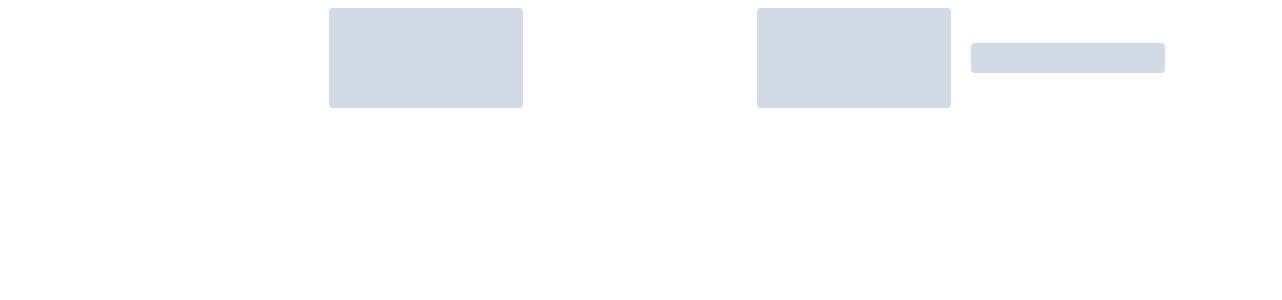
Repository: lagezhou888/element-vue2
Page: /#/button
An editor plug-in stored every save of this project. The page is shown before and after the next save, followed by the edit.
The browser window is 1280 px wide. The page is 1282 px wide, so the pictures cover 1282 px, including what lies to the right of the window. The pictures show the whole page.
The project was rebuilt for these pictures with package versions that can differ from the ones it lists, and the page was loaded fresh each time. Also part of the build but not shown: src/components/HelloWorld.vue, src/views/Home.vue.

Above is the page before, as saved 2021-05-13 11:32:18.

### src/main.js
import Vue from 'vue'
import ElementUI from 'element-ui'
import 'element-ui/lib/theme-chalk/index.css'
import App from './App.vue'

// fade/zoom 等
import 'element-ui/lib/theme-chalk/base.css'
// collapse 展开折叠
import CollapseTransition from 'element-ui/lib/transitions/collapse-transition'

import router from './router'
import store from './store'
import '@/plugins/element.js'

Vue.component(CollapseTransition.name, CollapseTransition)
Vue.use(ElementUI, { size: 'small', zIndex: 3000 })
Vue.use(ElementUI)
Vue.config.productionTip = false

new Vue({
  router,
  store,
  render: h => h(App)
}).$mount('#app')

### src/App.vue
<template>
  <div id="app">
    <!-- <div id="nav">
      <router-link to="/">Home</router-link> |
      <router-link to="/about">About</router-link>
    </div> -->
    <router-view/>
  </div>
</template>

<style lang="less">
#app {
  font-family: Avenir, Helvetica, Arial, sans-serif;
  -webkit-font-smoothing: antialiased;
  -moz-osx-font-smoothing: grayscale;
  text-align: center;
  color: #2c3e50;
}

#nav {
  padding: 30px;

  a {
    font-weight: bold;
    color: #2c3e50;

    &.router-link-exact-active {
      color: #42b983;
    }
  }
}
</style>

### src/router/index.js
import Vue from 'vue'
import VueRouter from 'vue-router'
import Home from '../views/Home.vue'

Vue.use(VueRouter)

const routes = [
  {
    path: '/',
    name: 'Home',
    component: Home
  },
  {
    path: '/about',
    name: 'About',
    // route level code-splitting
    // this generates a separate chunk (about.[hash].js) for this route
    // which is lazy-loaded when the route is visited.
    component: () => import(/* webpackChunkName: "about" */ '../views/About.vue')
  },
  {
    path: '/button',
    name: 'button',
    component: () => import('../views/components/use-button.vue')
  }
]

const router = new VueRouter({
  routes
})

export default router

### src/plugins/element.js
import Vue from 'vue'
import {
  Pagination,
  Dialog,
  Autocomplete,
  Dropdown,
  DropdownMenu,
  DropdownItem,
  Menu,
  Submenu,
  MenuItem,
  MenuItemGroup,
  Input,
  InputNumber,
  Radio,
  RadioGroup,
  RadioButton,
  Checkbox,
  CheckboxButton,
  CheckboxGroup,
  Switch,
  Select,
  Option,
  OptionGroup,
  Button,
  ButtonGroup,
  Table,
  TableColumn,
  DatePicker,
  TimeSelect,
  TimePicker,
  Popover,
  Tooltip,
  Breadcrumb,
  BreadcrumbItem,
  Form,
  FormItem,
  Tabs,
  TabPane,
  Tag,
  Tree,
  Alert,
  Slider,
  Icon,
  Row,
  Col,
  Upload,
  Progress,
  Spinner,
  Badge,
  Card,
  Rate,
  Steps,
  Step,
  Carousel,
  CarouselItem,
  Collapse,
  CollapseItem,
  Cascader,
  ColorPicker,
  Transfer,
  Container,
  Header,
  Aside,
  Main,
  Footer,
  Timeline,
  TimelineItem,
  Link,
  Divider,
  Image,
  Calendar,
  Backtop,
  PageHeader,
  CascaderPanel,
  Loading,
  MessageBox,
  Message,
  Notification
} from 'element-ui'

Vue.use(Pagination)
Vue.use(Dialog)
Vue.use(Autocomplete)
Vue.use(Dropdown)
Vue.use(DropdownMenu)
Vue.use(DropdownItem)
Vue.use(Menu)
Vue.use(Submenu)
Vue.use(MenuItem)
Vue.use(MenuItemGroup)
Vue.use(Input)
Vue.use(InputNumber)
Vue.use(Radio)
Vue.use(RadioGroup)
Vue.use(RadioButton)
Vue.use(Checkbox)
Vue.use(CheckboxButton)
Vue.use(CheckboxGroup)
Vue.use(Switch)
Vue.use(Select)
Vue.use(Option)
Vue.use(OptionGroup)
Vue.use(Button)
Vue.use(ButtonGroup)
Vue.use(Table)
Vue.use(TableColumn)
Vue.use(DatePicker)
Vue.use(TimeSelect)
Vue.use(TimePicker)
Vue.use(Popover)
Vue.use(Tooltip)
Vue.use(Breadcrumb)
Vue.use(BreadcrumbItem)
Vue.use(Form)
Vue.use(FormItem)
Vue.use(Tabs)
Vue.use(TabPane)
Vue.use(Tag)
Vue.use(Tree)
Vue.use(Alert)
Vue.use(Slider)
Vue.use(Icon)
Vue.use(Row)
Vue.use(Col)
Vue.use(Upload)
Vue.use(Progress)
Vue.use(Spinner)
Vue.use(Badge)
Vue.use(Card)
Vue.use(Rate)
Vue.use(Steps)
Vue.use(Step)
Vue.use(Carousel)
Vue.use(CarouselItem)
Vue.use(Collapse)
Vue.use(CollapseItem)
Vue.use(Cascader)
Vue.use(ColorPicker)
Vue.use(Transfer)
Vue.use(Container)
Vue.use(Header)
Vue.use(Aside)
Vue.use(Main)
Vue.use(Footer)
Vue.use(Timeline)
Vue.use(TimelineItem)
Vue.use(Link)
Vue.use(Divider)
Vue.use(Image)
Vue.use(Calendar)
Vue.use(Backtop)
Vue.use(PageHeader)
Vue.use(CascaderPanel)

Vue.use(Loading.directive)

Vue.prototype.$loading = Loading.service
Vue.prototype.$msgbox = MessageBox
Vue.prototype.$alert = MessageBox.alert
Vue.prototype.$confirm = MessageBox.confirm
Vue.prototype.$prompt = MessageBox.prompt
Vue.prototype.$notify = Notification
Vue.prototype.$message = Message

### src/views/components/use-button.vue
<template>
  <div>
    <el-row :gutter="20" tag="span" type="flex" align="middle" justify="start">
      <el-col :span="4" :offset="6"><div class="grid-content bg-purple"></div></el-col>
      <el-col :span="4"><div class="kong">&nbsp;</div></el-col>
      <el-col :span="4"><div class="grid-content bg-purple"></div></el-col>
      <el-col :span="4"><div class="grid-content-last bg-purple"></div></el-col>
    </el-row>
  </div>
</template>

<script>
export default ({

})
</script>

<style lang="less" scoped>
  @minH: 100px;
  .bg-purple {
    background: #d3dce6;
  }
  .grid-content {
    border-radius: 4px;
    min-height: @minH;
  }
  .grid-content-last {
    border-radius: 4px;
    min-height: 30px;
  }
  .kong {
    min-height: 1px;
  }
</style>

Loaded but not shown: public/index.html (common file); src/store/index.js (common file)

After the next save:
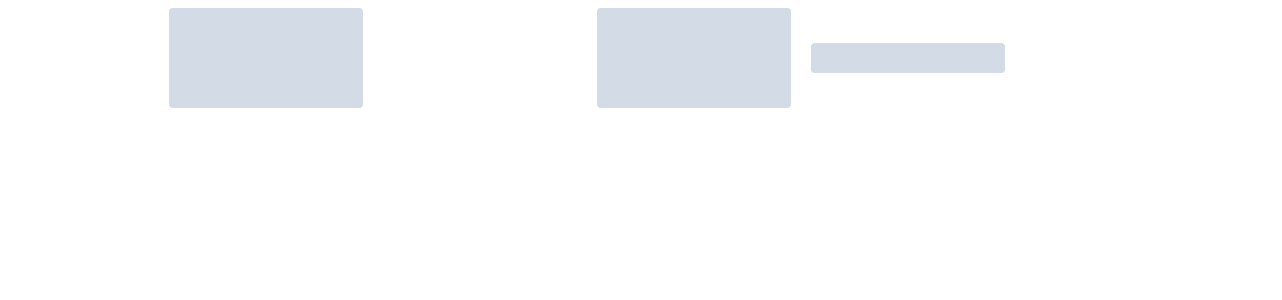
Saved 5 s later.
--- a/src/views/components/use-button.vue
+++ b/src/views/components/use-button.vue
@@ -1,7 +1,7 @@
 <template>
   <div>
     <el-row :gutter="20" tag="span" type="flex" align="middle" justify="start">
-      <el-col :span="4" :offset="6"><div class="grid-content bg-purple"></div></el-col>
+      <el-col :span="4" :offset="3"><div class="grid-content bg-purple"></div></el-col>
       <el-col :span="4"><div class="kong">&nbsp;</div></el-col>
       <el-col :span="4"><div class="grid-content bg-purple"></div></el-col>
       <el-col :span="4"><div class="grid-content-last bg-purple"></div></el-col>
